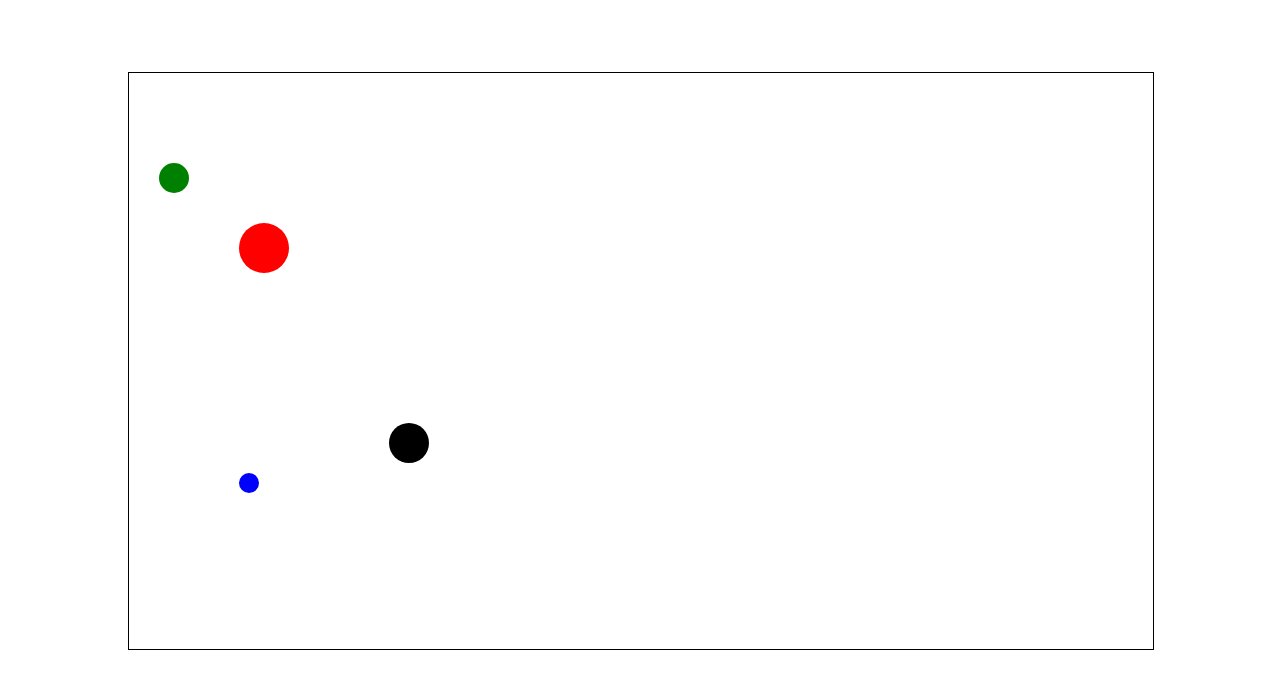
Repository: themoomooo/testgitajout
Page: index.html
The author's editor kept a copy of each file at every save. The page is drawn from the files as they stood at one save, then again after a run of saves.
The browser window is 1280 px wide. The pictures show the whole page.

Above is the page before, as saved 2023-01-23 16:21:45.

After the next 3 saves:
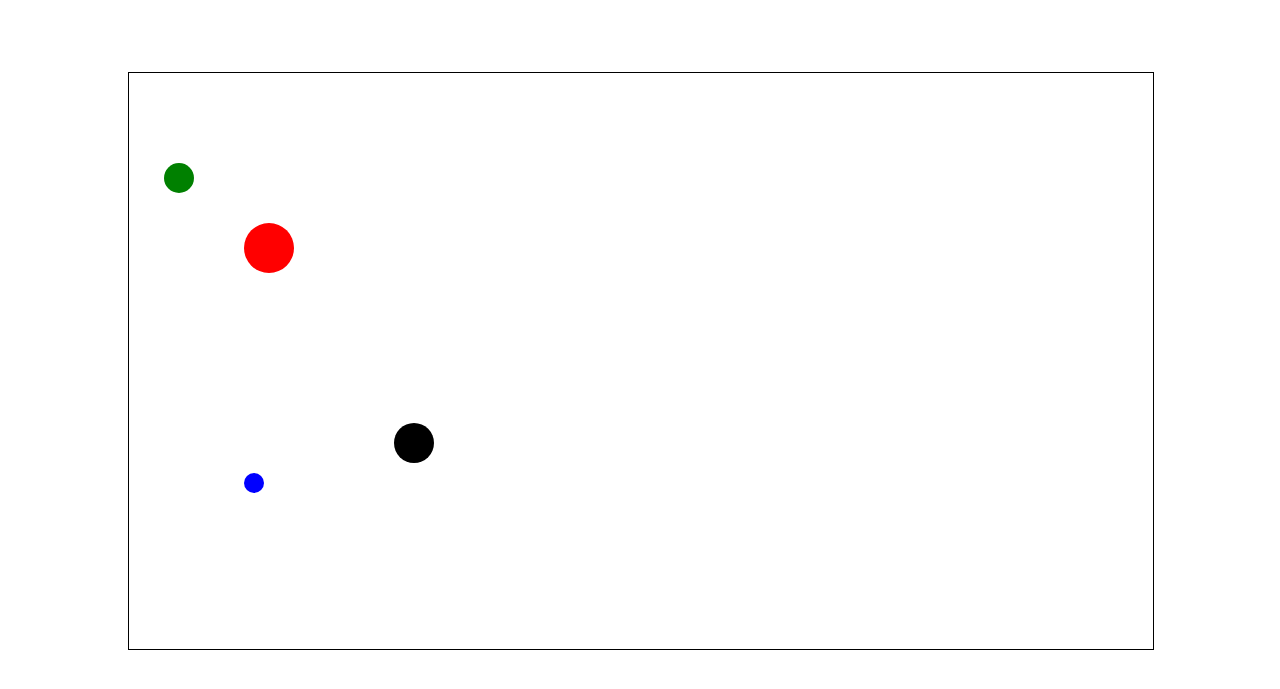
The 3 saves are shown as one change because they came seconds apart.
The last was saved 22 s later.
--- a/main.js
+++ b/main.js
@@ -25,7 +25,7 @@ class Ball {
 
     }
     move(){
-        this.x+=10;
+        this.x += 15;
         this.monOjectDom.style.left = `${this.x}px`;
     }
 
